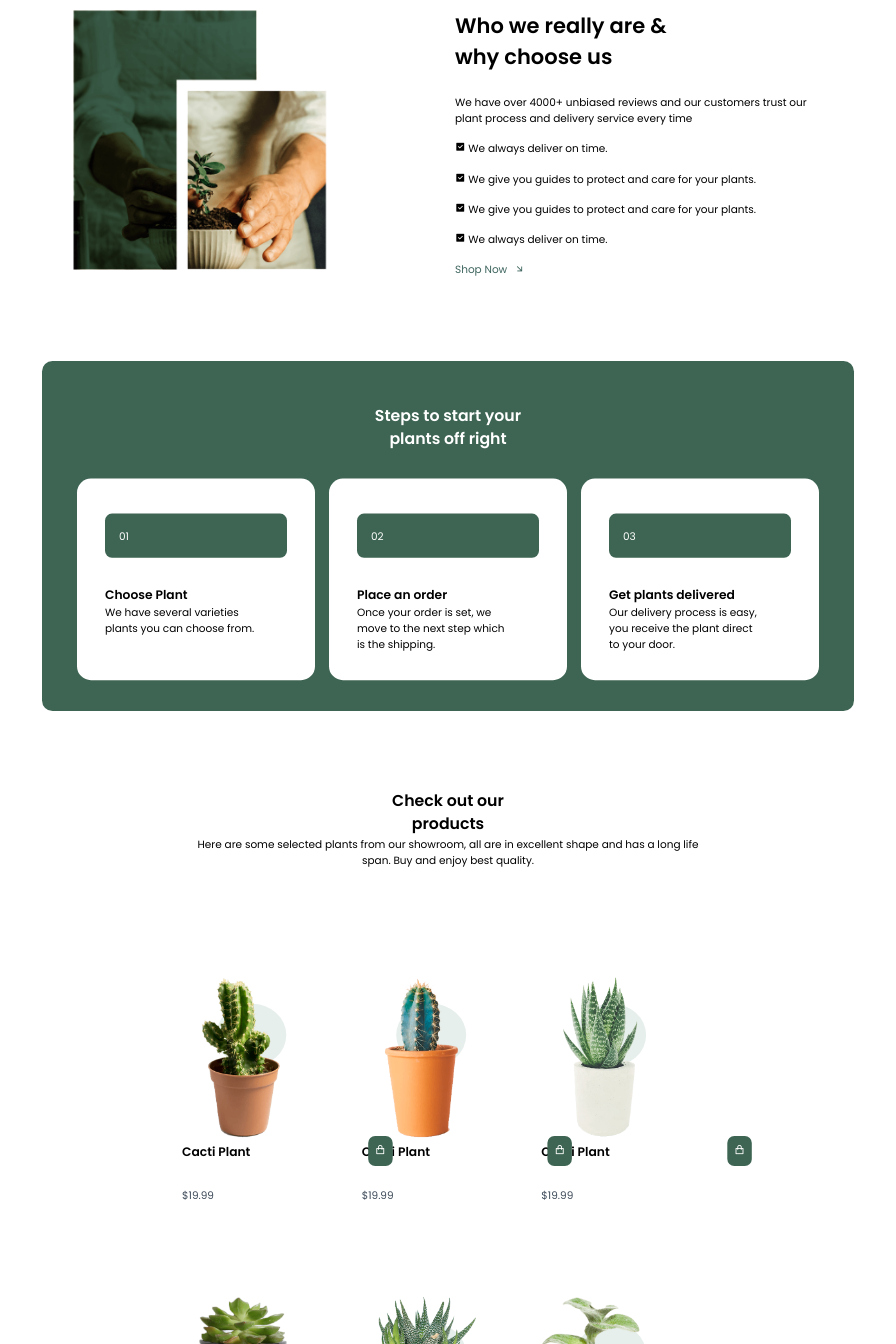
Repository: OmniaRafat232111121/plantwebsite
Page: index.html
These files come from the project's save history. The page is drawn as it stood at one moment and after the next save; the edit follows.
The browser window is 1280 px wide. The pictures show the part of the page from y = 584 to 2504 px (the page is 4276 px tall), at 70% of full size.

Above is the page before, as saved 2023-01-05 17:11:06.

After the next save:
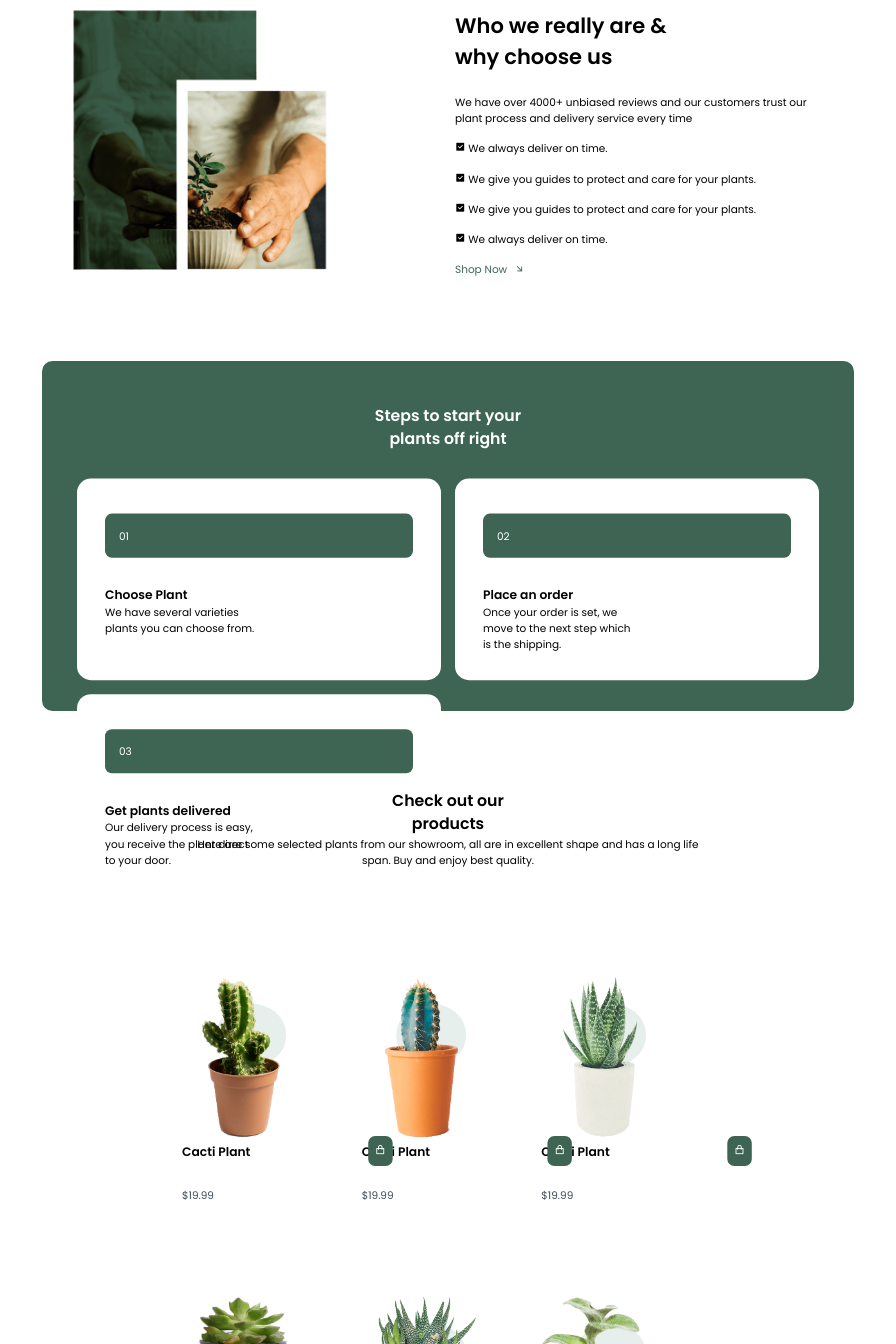
Saved 14 s later.
--- a/assets/css/styles.css
+++ b/assets/css/styles.css
@@ -448,7 +448,7 @@ color: var(--bold-green);
 }
 .about-boxes{
   display:grid;
-grid-template-columns: repeat(auto-fit, minmax(300px, 1fr));
+grid-template-columns: repeat(auto-fit, minmax(350px, 1fr));
 grid-gap:20px;
 margin-top: 40px;
 
